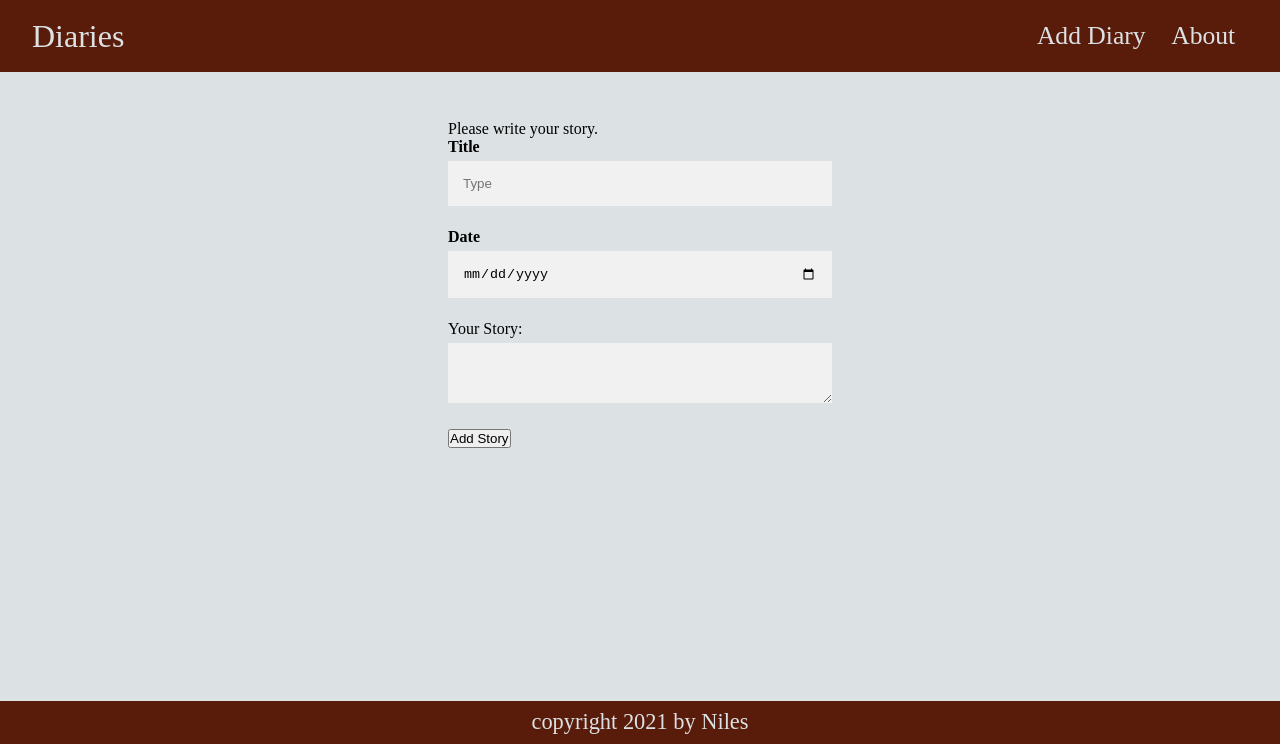
Repository: Tun-Dev/mydiary
Page: /AddDiary
The author's editor kept a copy of each file at every save. The page is drawn from the files as they stood at one save, then again after the next save.
The browser window is 1280 px wide. The pictures show the whole page.
The project was rebuilt for these pictures with package versions that can differ from the ones it lists, and the page was loaded fresh each time. Also part of the build but not shown: src/useFetch.js, src/Components/Diary.js, src/Components/DiaryHome.js, src/Components/About.js.

Above is the page before, as saved 2021-05-12 15:55:59.

After the next save:
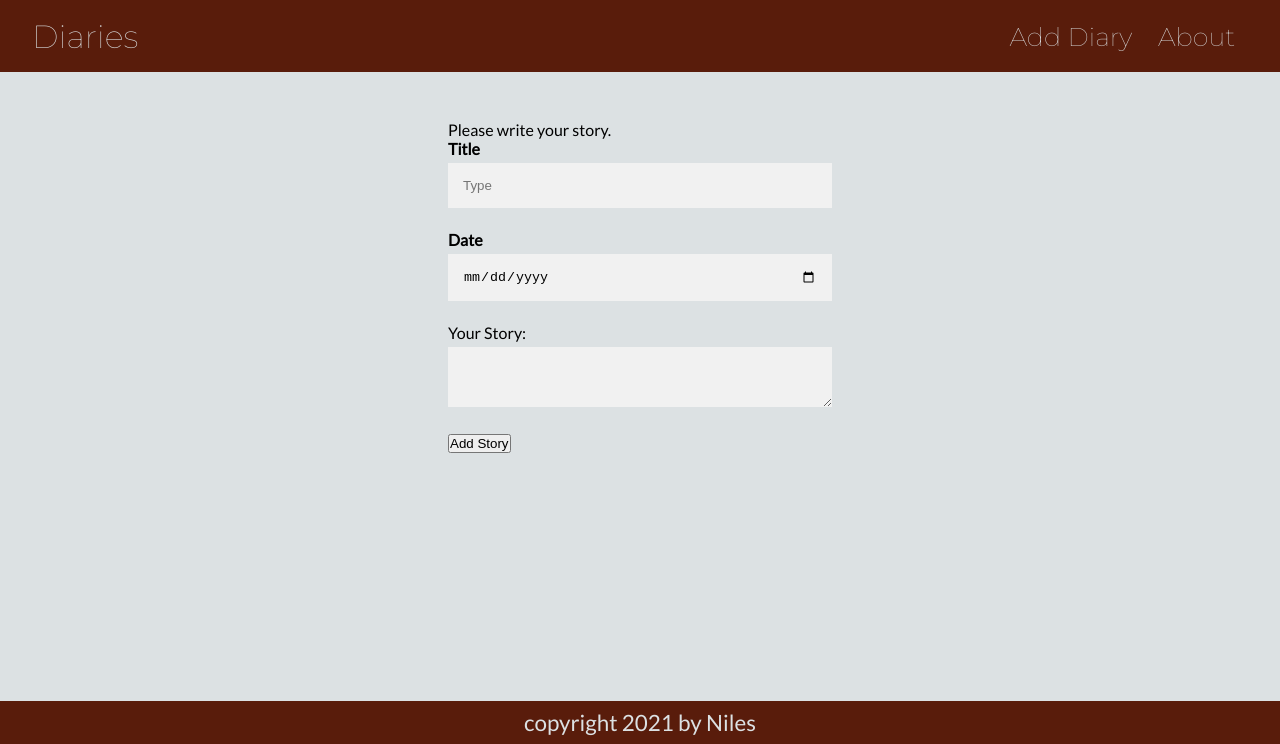
Saved 96 s later.
--- a/src/GlobalStyle.js
+++ b/src/GlobalStyle.js
@@ -7,10 +7,14 @@ const GlobalStyle = createGlobalStyle`
       box-sizing: border-box;
   }
   body {
- background-color: #dce1e3;
+      background-color: #dce1e3;
+      font-family: 'Lato', sans-serif;
+      font-weight: 400;
 }
  a {
     text-decoration: none;
+    font-family: 'Montserrat', sans-serif;
+    font-weight: 100;
 }
 .container {
     margin: 3rem 14rem;
